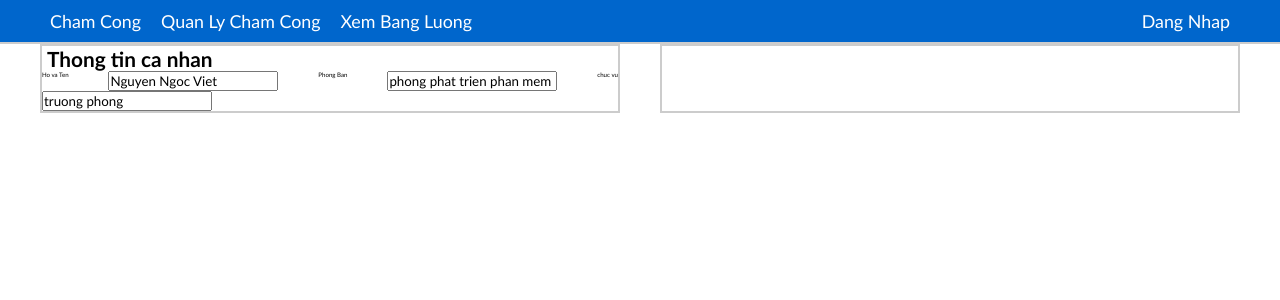
Repository: LDDUNG2003/a
Page: payroll.html
An editor plug-in stored every save of this project. The page is shown before and after the next save, followed by the edit.
The browser window is 1280 px wide. The pictures show the whole page.

Above is the page before, as saved 2023-10-15 12:34:15.

### payroll.html
<!DOCTYPE html>
<html lang="en">

<head>
    <meta charset="UTF-8">
    <meta name="viewport" content="width=device-width, initial-scale=1.0">
    <title>Document</title>
    <link rel="stylesheet" href="./controlView/css/base.css">
    <link rel="stylesheet" href="/controlView/css/payfoll.css">

</head>

<body>
    <div class="main">
        <header class="app__header">
            <nav class="navBar">
                <ul class="navBar-list">
                    <li class="navBar--items"><a href="./index.html" class="navbar--link">Cham cong</a></li>
                    <li class="navBar--items"><a href="" class="navbar--link">Quan ly cham cong</a></li>
                    <li class="navBar--items">
                        <a href="" class="navbar--link">Xem bang luong</a></li>
                </ul>
                <ul class="navBar-list navBar-list--login">
                    <!-- login  -->
                    <li class="navBar--items">
                        <a href="./login.html" class="navbar--link">dang nhap</a></li>
                    <!-- admin menu -->
                    <!-- <li class="navBar--items">
                    admin
                    <ul class="account-list">
                        <li class="account--item"><a href="" class="navbar--link">admin</a></li>
                        <li class="account--item"><a href="" class="navbar--link">quan li nhan su</a></li>
                        <li class="account--item"><a href="" class="navbar--link">dang xuat</a></li>
                    </ul>
                </li> -->
                    <!-- personnel menu -->
                    <!-- <li class="navBar--items">
                    account name
                    <ul class="account-list">
                        <li class="account--item"><a href="" class="navbar--link">cai dat tai khoan</a></li>
                        <li class="account--item"><a href="" class="navbar--link">dang ki ca lam</a></li>
                        <li class="account--item"><a href="" class="navbar--link">dang xuat</a></li>
                    </ul>
                </li> -->
                </ul>
            </nav>
        </header>
        <div class="app__content">
            <div class="content-information">
                <div class="infomation--contain">
                    <h1 class="infomation--heading">Thong tin ca nhan</h1>
                    <form class="infomation" action="" method="post">
                        <label class="infomation--text" for="name">Ho va Ten</label>
                        <input class="infomation--input" type="text" name="name" value="Nguyen Ngoc Viet">
                        <label class="infomation--text" for="Department">Phong Ban</label>
                        <input class="infomation--input" type="text" name="Department" value="phong phat trien phan mem">
                        <label class="infomation--text" for="">chuc vu</label>
                        <input class="infomation--input" type="text" name value="truong phong">
                    </form>
                </div>
                <div class="infomation--contain">

                </div>
            </div>
        </div>
    </div>
</body>

</html>

### controlView/css/base.css
:root {
    --primary-color: #0066cc;
    --text-color: #040404;
}

* {
    padding: 0px;
    margin: 0px;
    font-family: 'Trebuchet MS', 'Lucida Sans Unicode', 'Lucida Grande', 'Lucida Sans', Arial, sans-serif;
}

html,
body {
    font-size: 0.62rem;
}

.main {}

.app__header {
    color: #fff;
    width: 100%;
    border-bottom: solid 2px #ccc;
    background-color: var(--primary-color);
}

.navBar {
    width: 100%;
    max-width: 1200px;
    margin: auto;
    display: flex;
    justify-content: space-between;
}

.navBar-list {
    display: flex;
    list-style: none;
    color: #fff;
}

.navBar--items {
    padding: 10px 10px;
    font-size: 1.8rem;
    position: relative;
    cursor: pointer;
    text-transform: capitalize;
}

.navBar--items::after {
    content: '';
    padding-top: 5px;
    top: 80%;
    left: 10px;
    display: none;
    /* width: 0px; */
    background-color: var(--primary-color);
    position: absolute;
    width: 70px;
}

.navBar--items:hover .navBar--items::after {
    display: block;
}

.navbar--link {
    text-decoration: none;
    color: inherit;
}

.account-list {
    position: absolute;
    width: 150px;
    display: none;
    list-style: none;
    padding: 4px;
    color: var(--text-color);
    top: 100%;
    left: 0px;
    box-shadow: #414141;
    background-color: white;
}

.navBar--items:hover .account-list {
    display: block;
}

.account--item {
    padding: 5px 0px;
    border-bottom: solid 1px #ccc;
}

.app__content {
    width: 100%;
    max-width: 1200px;
    margin: auto;
}

### controlView/css/payfoll.css
.content-information {
    display: flex;
    width: 100%;
    justify-content: space-between;
}

.infomation--contain {
    width: 48%;
    border: solid 2px #ccc;
}

.infomation--heading {
    font-size: 2.1rem;
    padding: 0px 5px;
}

.infomation {
    display: flex;
    flex-wrap: wrap;
    justify-content: space-between;
}

.infomation--text {}

.infomation--input {}

After the next save:
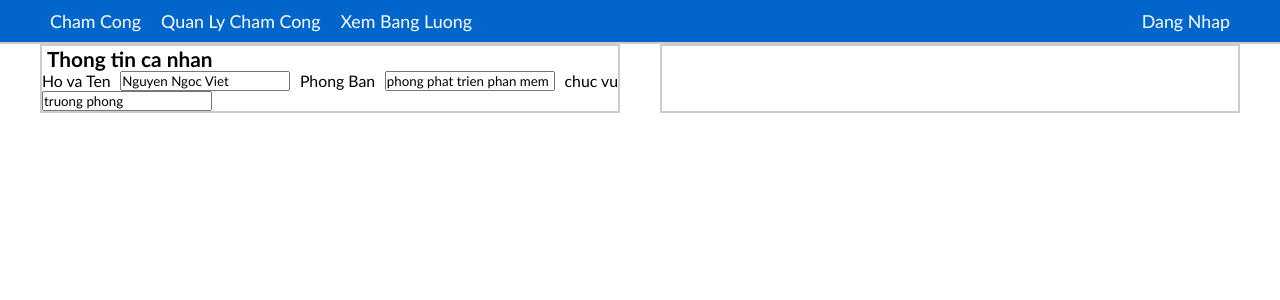
Saved 20 s later.
--- a/controlView/css/payfoll.css
+++ b/controlView/css/payfoll.css
@@ -20,6 +20,8 @@
     justify-content: space-between;
 }
 
-.infomation--text {}
+.infomation--text {
+    font-size: 1.6rem;
+}
 
 .infomation--input {}
